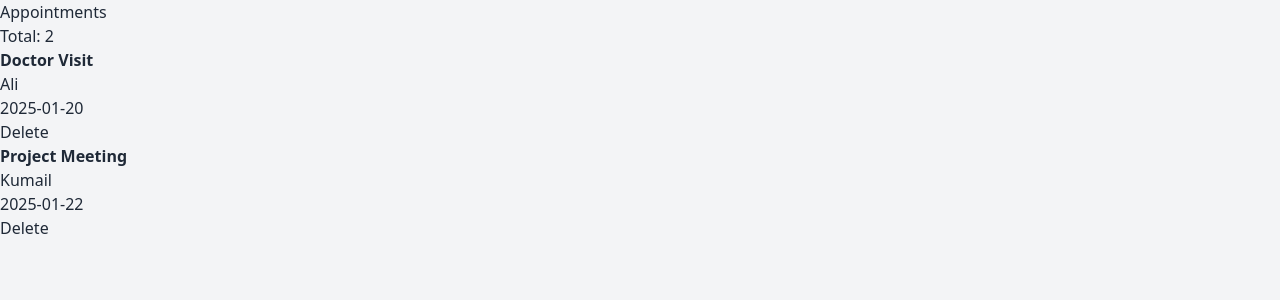
Repository: kumeil99/Appointment-Manager
Page: /
These files come from the project's save history. The page is drawn as it stood at one moment and after a run of saves; the edit follows.
The browser window is 1280 px wide. The pictures show the whole page.
The project was rebuilt for these pictures with package versions that can differ from the ones it lists, and the page was loaded fresh each time.

Above is the page before, as saved 2025-12-13 19:41:02.

After the next 2 saves:
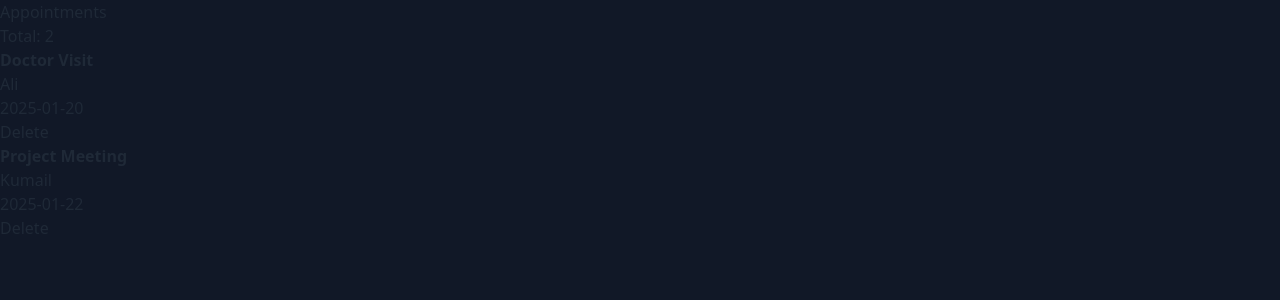
The 2 saves are shown as one change because they came seconds apart.
The last was saved 56 s later.
--- a/src/index.css
+++ b/src/index.css
@@ -4,5 +4,5 @@
 
 /* optional global styles */
 body {
-  @apply bg-gray-100 text-gray-800;
+  @apply bg-gray-900 text-gray-800;
 }
